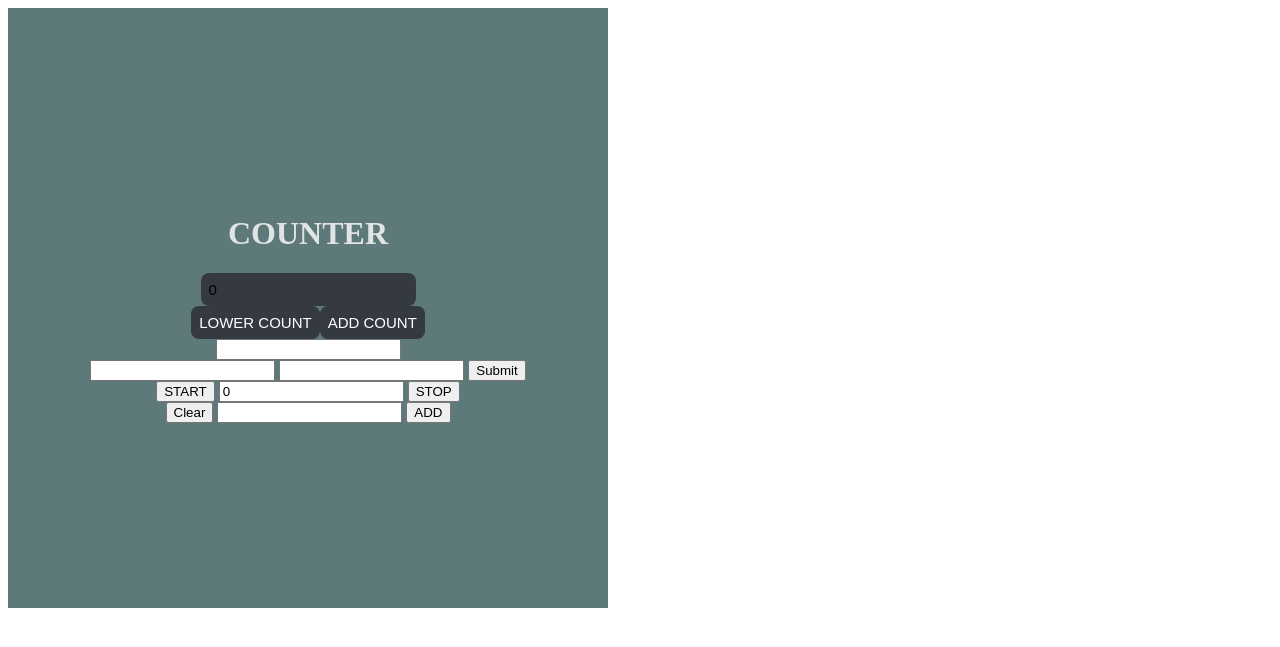
Repository: sedashahnazaryan/Caunter
Page: index.html
These files come from the project's save history. The page is drawn as it stood at one moment and after the next save; the edit follows.
The browser window is 1280 px wide. The pictures show the whole page.

Above is the page before, as saved 2022-02-15 01:31:28.

After the next save:
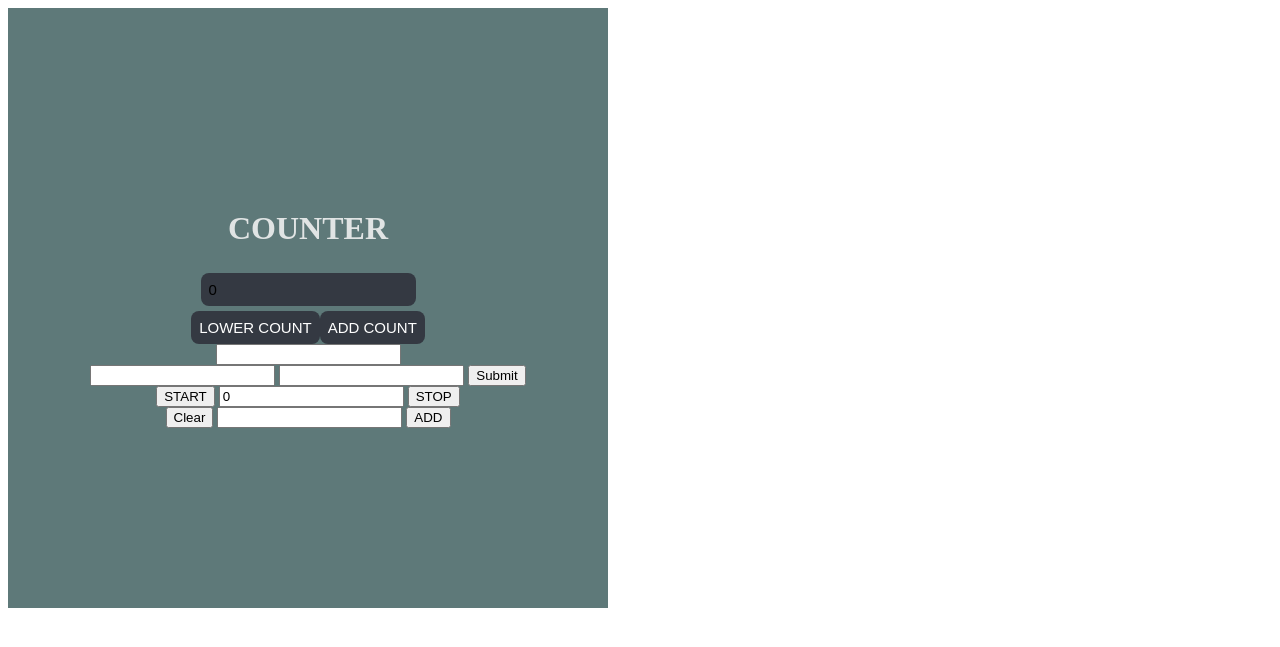
Saved 5 s later.
--- a/index.css
+++ b/index.css
@@ -50,6 +50,6 @@ color: rgba(243, 243, 243, 0.87);
         border-radius: 8px;
         border: none;
         font-size: 15px;
-        margin: ;
+        margin: 5px;
         cursor: pointer;
     }
